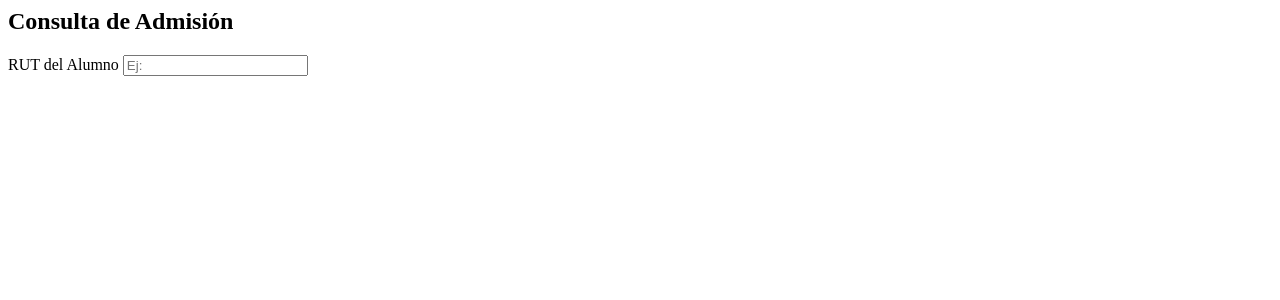
Repository: MatiNicolasur/Academia-de-matematicas
Page: frontend/src/app/pages/admision/admision.html
These files come from the project's save history. The page is drawn as it stood at one moment and after a run of saves; the edit follows.
The browser window is 1280 px wide. The pictures show the whole page.

Above is the page before, as saved 2025-11-13 03:01:32.

After the next 4 saves:
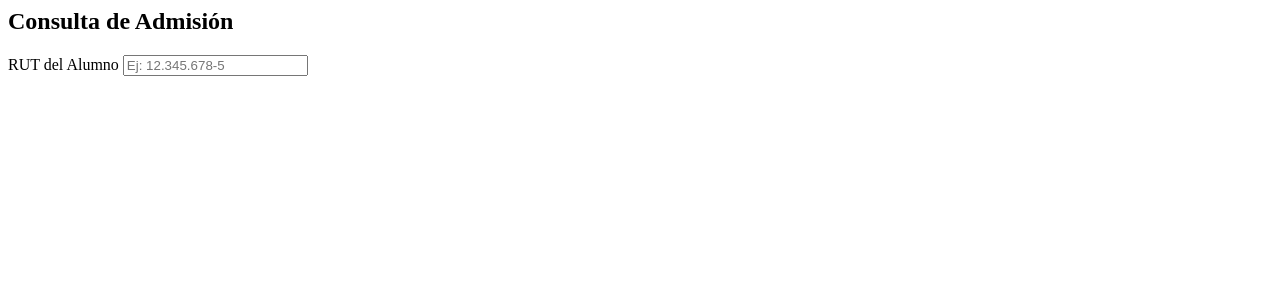
The 4 saves are shown as one change because they came seconds apart.
The last was saved 9 s later.
--- a/frontend/src/app/pages/admision/admision.html
+++ b/frontend/src/app/pages/admision/admision.html
@@ -5,6 +5,7 @@
     <form [formGroup]="rutForm" (ngSubmit)="enviar()" class="rut-form">
 
         <label>RUT del Alumno</label>
-        <input type="text" formControlName="rut" placeholder="Ej: "
+        <input type="text" formControlName="rut" placeholder="Ej: 12.345.678-5">
+
     </form>
 </div>
